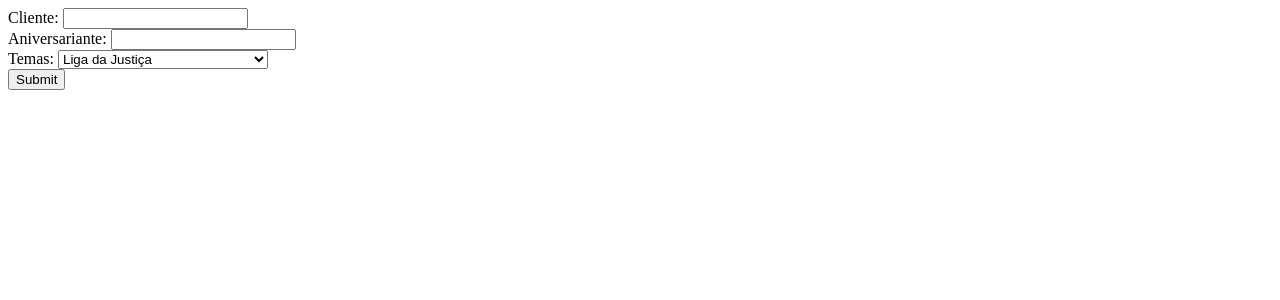
Repository: brunoduarteads/servlets
Page: gerenciador/WebContent/formularioCadastro.html
These files come from the project's save history. The page is drawn as it stood at one moment and after the next save; the edit follows.
The browser window is 1280 px wide. The pictures show the whole page.

Above is the page before, as saved 2020-04-13 18:22:26.

### gerenciador/WebContent/formularioCadastro.html
<!DOCTYPE html>
<html>
<head>
<meta charset="UTF-8">
<title>Cadastro de Festa</title>
</head>
<body>

<form action="/gerenciador/cadastroFesta" method="post" >
   <div>
    Cliente: <input type="text" name="nome" />
    </div>
    <div>
    Aniversariante: <input type="text" name="aniversariante" />
    </div>
    <div>
    Temas: <select> <optgroup label="Masculinos">
     <option>Liga da Justiça</option>
     <option>Ben 10</option>
     <option>Vindadores</option>
     <option>KND</option>
     <option>Jaspion</option>
     <option>Changerman</option>
     <option>Power Rangers</option>
     <option>National Kid</option>
     <option>Corrida Maluca</option>

     </optgroup>
     <optgroup label="Femininos">
     <option>A bela e a fera</option>
     <option>Barbie</option>
     <option>Juniper Lee</option>
     <option>As meninas super poderosas</option>
     <option>Mulan</option>
     <option>Peppa Pig</option>
     <option>Clube das Winx</option>

     </optgroup>


    </select>

    </div>

    <input type="submit"   />

</form>

</body>
</html>

After the next save:
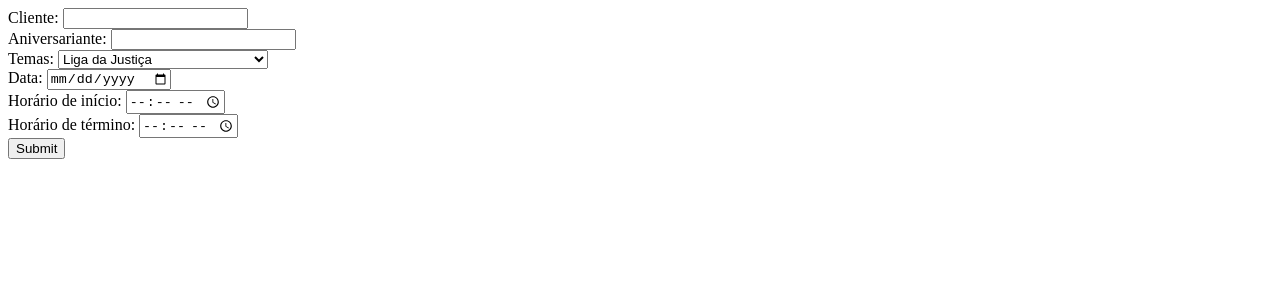
Saved 5 min 50 s later.
--- a/gerenciador/WebContent/formularioCadastro.html
+++ b/gerenciador/WebContent/formularioCadastro.html
@@ -9,11 +9,9 @@
 <form action="/gerenciador/cadastroFesta" method="post" >
    <div>
     Cliente: <input type="text" name="nome" />
-    </div>
-    <div>
+    </div> <div>
     Aniversariante: <input type="text" name="aniversariante" />
-    </div>
-    <div>
+    </div><div>
     Temas: <select> <optgroup label="Masculinos">
      <option>Liga da Justiça</option>
      <option>Ben 10</option>
@@ -35,14 +33,20 @@
      <option>Peppa Pig</option>
      <option>Clube das Winx</option>
 
-     </optgroup>
+     </optgroup>  </select>
 
+    </div> <div>
+    Data: <input type="date" name="data" />
 
-    </select>
+    </div><div>
+    Horário de início: <input type="time" name="horario_inicio" />
+
+    </div><div>
+    Horário de término: <input type="time" name="horario_termino" />
 
     </div>
 
-    <input type="submit"   />
+    <input type="submit" name="Cadastrar Festa"  />
 
 </form>
 
